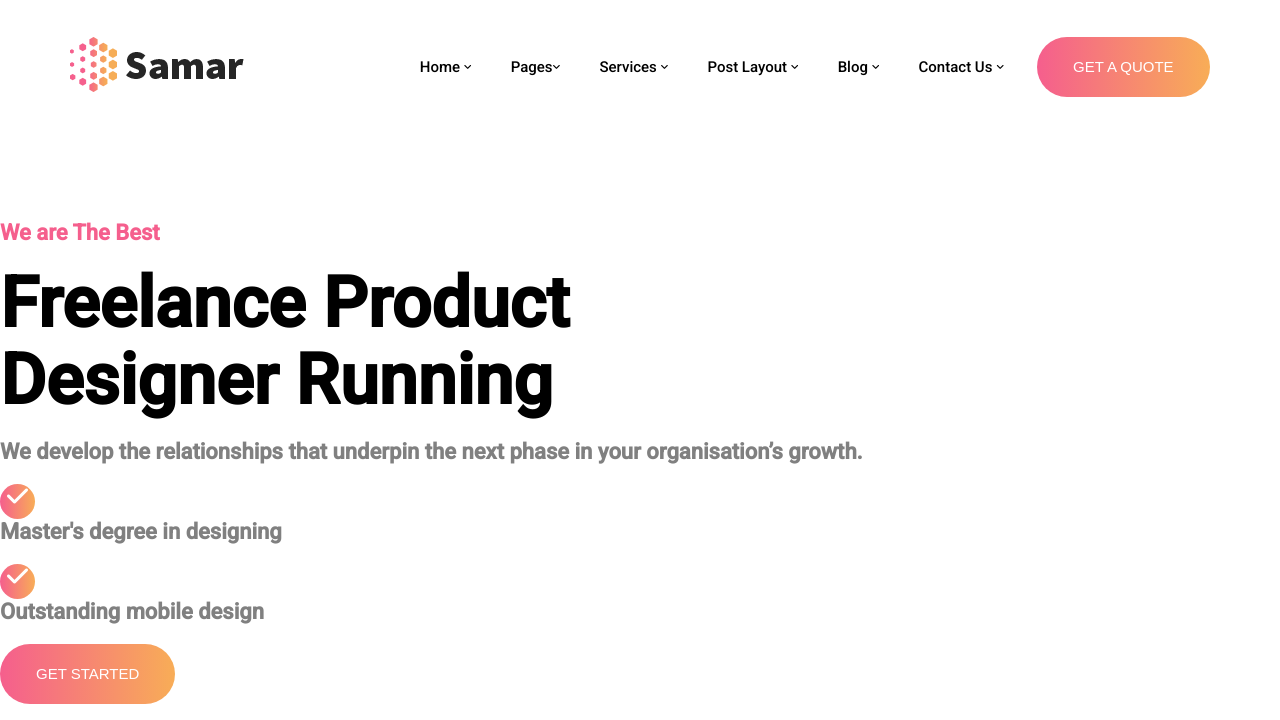
Repository: truongcongtrung2709/truongcongtrung__samar
Page: index.html
An editor plug-in stored every save of this project. The page is shown before and after the next save, followed by the edit.
The browser window is 1280 px wide. The pictures show the whole page.
Some web libraries are served in a nearby version.

Above is the page before, as saved 2022-06-22 21:14:04.

### index.html
<!DOCTYPE html>
<html lang="en">

<head>
  <meta charset="UTF-8">
  <meta http-equiv="X-UA-Compatible" content="IE=edge">
  <meta name="viewport" content="width=device-width, initial-scale=1.0">
  <title>Samar</title>
  <link rel="stylesheet" href="style.css">
  <link rel="stylesheet" href="https://cdnjs.cloudflare.com/ajax/libs/font-awesome/6.1.1/css/all.min.css"
    integrity="sha512-KfkfwYDsLkIlwQp6LFnl8zNdLGxu9YAA1QvwINks4PhcElQSvqcyVLLD9aMhXd13uQjoXtEKNosOWaZqXgel0g=="
    crossorigin="anonymous" referrerpolicy="no-referrer" />
  <link rel="preconnect" href="https://fonts.googleapis.com">
  <link rel="preconnect" href="https://fonts.gstatic.com" crossorigin>
  <link href="https://fonts.googleapis.com/css2?family=Oswald:wght@200&family=Roboto:wght@500&display=swap"
    rel="stylesheet">
</head>

<body>
  <header>
    <div class="container">
      <div class="header__content">
        <div class="logo">
          <a href=""><img src="./images/logo-2.png" alt=""></a>
        </div>
        <div class="menu">
          <ul>
            <li><a href=""><span>Home</span> <i class="fa-solid fa-angle-down"></i></a></li>
            <li><a href="">
                <span>Pages</span><i class="fa-solid fa-angle-down"></i></a></li>
            <li><a href=""><span>Services</span> <i class="fa-solid fa-angle-down"></i></a></li>
            <li><a href=""><span>Post Layout</span> <i class="fa-solid fa-angle-down"></i></a></li>
            <li><a href=""><span>Blog</span> <i class="fa-solid fa-angle-down"></i></a></li>
            <li><a href=""><span>Contact Us</span> <i class="fa-solid fa-angle-down"></i></a></li>
          </ul>
          <div class="header__button">
            <button class="linear-gradient-btn">GET A QUOTE</button>
          </div>

        </div>
      </div>
    </div>
  </header>
  <section id="intro">
    <div class="container">
      <div class="intro__content">
        <div class="intro__left">
          <p>We are The Best</p>
          <h1>Freelance Product<br>Designer Running</h1>
          <p class="text__gray">We develop the relationships that underpin the next phase in your
            organisation’s growth.</p>
          <ul>
            <li>
              <i class="fa-solid fa-check check-icon-gradient"></i>
              <p class="text__gray">Master's degree in designing</p>
            </li>
            <li>
              <i class="fa-solid fa-check check-icon-gradient"></i>
              <p class="text__gray">Outstanding mobile design</p>
            </li>
          </ul>
          <div class="intro__button">
            <button class="linear-gradient-btn">GET STARTED</button>
          </div>
        </div>
        <div class="intro-right">

        </div>
      </div>
    </div>
  </section>
</body>

</html>

### style.css
*{
  padding: 0;
  margin: 0;
  box-sizing: border-box;

}
body{
  position: relative;
  font-family: Roboto,sans-serif;
}
h1{
  font-size: 70px;
    line-height: 1.1;
    font-weight: 800;
    color: black;
    margin-bottom: 20px;
}
p{
  font-weight: 600;
  font-size: 22px;
  margin-bottom: 20px;
  color: #f55f8d;
}
.text__gray{
  font-size: 22px;
  margin-bottom: 20px;
  color:gray !important;
}
.linear-gradient-btn{
  padding: 20px 35px;
  font-size:15px;
  border-radius: 30px;
  border: 1px solid transparent;
  color: white;
  background-image:linear-gradient(to right,#f55f8d 0,#f8ae56 51%,#f55f8d 100%);
  transition: all .5s ;
  cursor: pointer;
  line-height: 1.2;
  background-size: 200%;
  outline: none;
  }
.linear-gradient-btn:hover{
    background-position: right center;
}
.fa-check{
    width: 35px;
    height: 35px;
    line-height: 35px;
    text-align: center;
    background-image: linear-gradient(to right,#f55f8d 0,#f8ae56 51%,#f55f8d 100%);
    border-radius: 35px;
    font-size: 24px;
    color: white;
    font-weight: 900;
    background-size: 200%;
    margin-right: 10px;
}
/* ----------------------Header---------------------- */
header{
    position: absolute;
    width: 100%;
    top: 0;
    left: 0;
}
header .container{
  width: 89%;
  margin: 0 auto;
}
header .container .header__content{
    display: flex;
    justify-content: space-between;
    align-items: center;
}
.menu{
  display:flex;
  align-items: center;
}
.menu ul{
    display: flex;
    list-style: none;
}
.menu ul li{
  padding: 57px 6px;
}
.menu ul li a{
  text-decoration: none;
  color: black;
  font-size: 15px;
  margin-right:27px;
  font-weight: 500;
}
.menu ul li a span{
  display:inline-block;
}
.menu ul li:hover i{
  color:#f55f8d;
}
.menu ul li:hover span{
  color:#f55f8d;
  animation:upDown .3s forwards;
}
@keyframes upDown {
  60%{
    transform: translateY(20px);
  }
  70%{
    opacity: 0;
    transform: translateY(-20px);
  }
  80%{
    opacity: 1;
  }
}
.menu ul i{
  font-size: 9px;
    margin-top: -3px;
    vertical-align: middle;
}
/* ----------Intro---------- */
#intro{
  padding-top: 220px;
}
}
.intro__content{}

After the next save:
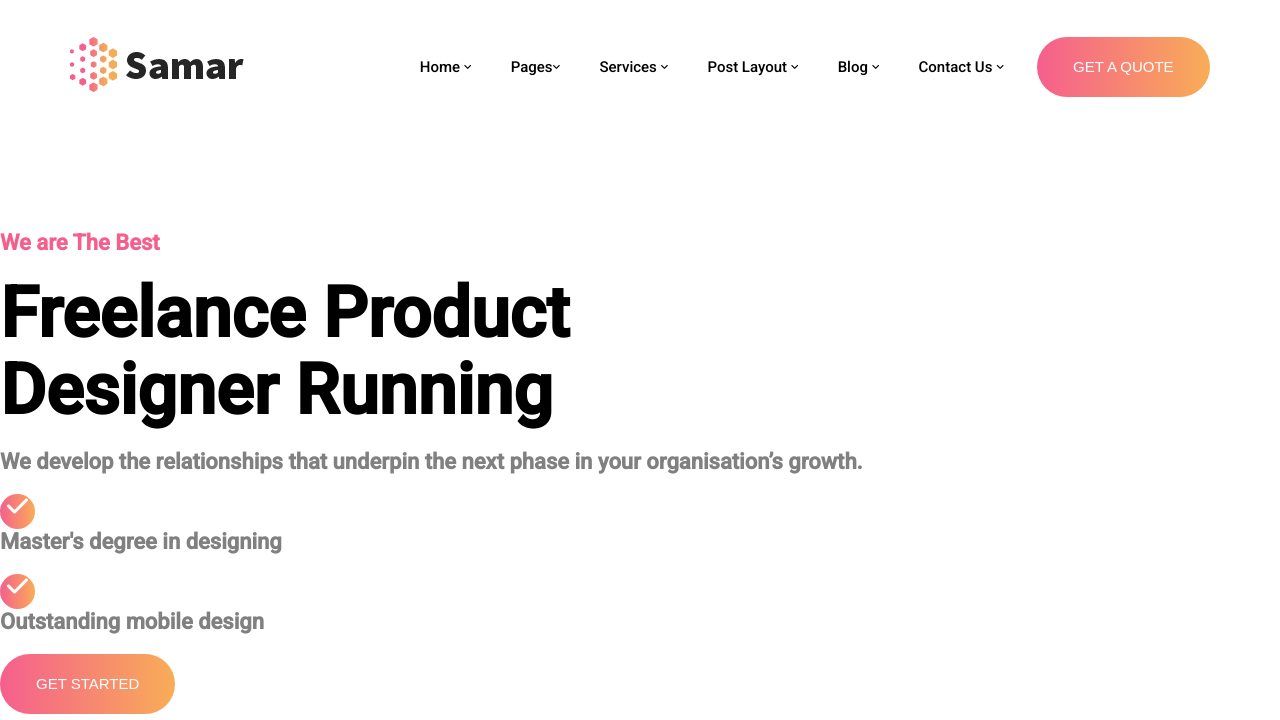
Saved 7 s later.
--- a/style.css
+++ b/style.css
@@ -118,7 +118,7 @@ header .container .header__content{
 }
 /* ----------Intro---------- */
 #intro{
-  padding-top: 220px;
+  padding-top: 230px;
 }
 }
 .intro__content{}
